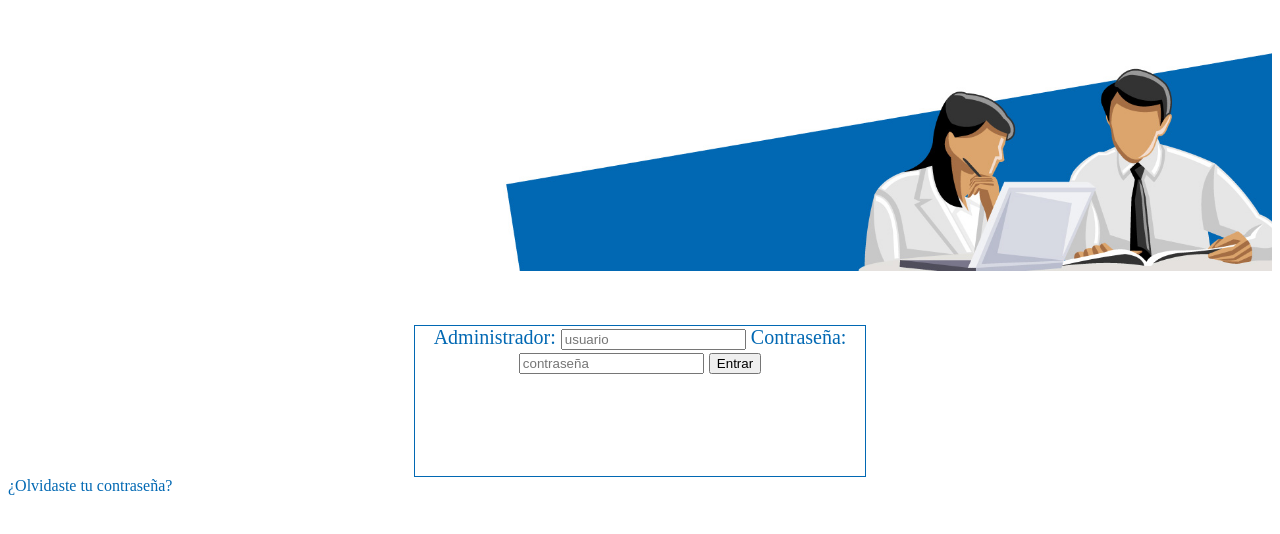
Repository: jluislechado/gestionUsuario
Page: http://localhost/php/admin.php
The author's editor kept a record of every edit. The page is drawn from the files as they stood at one moment, then again after the next edit.
The browser window is 1280 px wide. The pictures show the whole page.
The page is run by PHP 8.4 with error messages shown; the project is at /var/www/html/.

Above is the page before.

After the next edit:
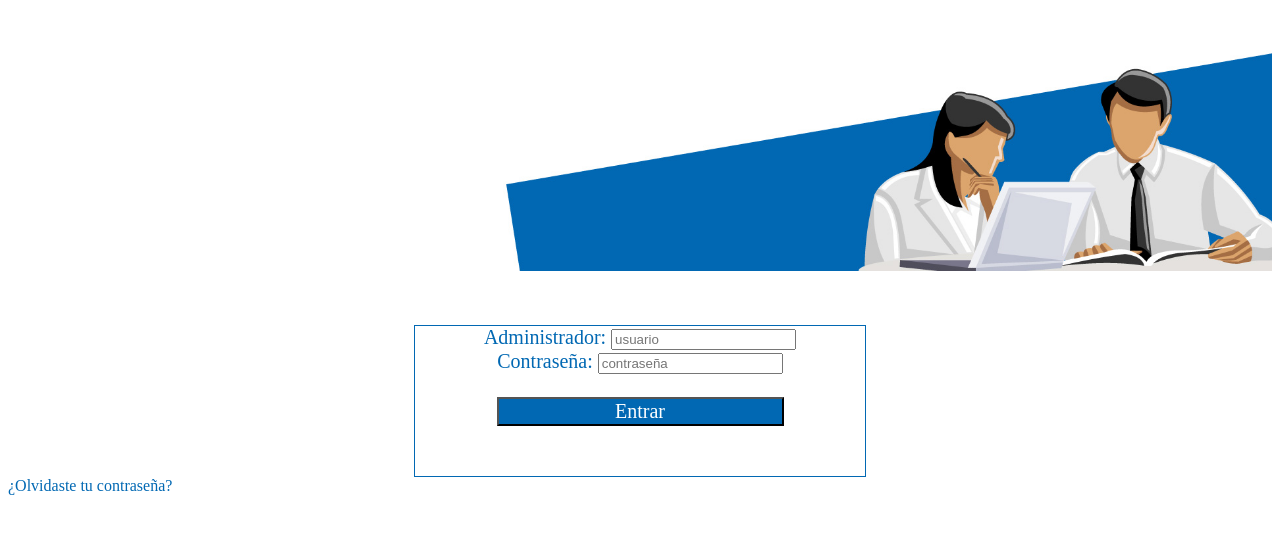
The edit:
--- a/workspace/php/admin.php
+++ b/workspace/php/admin.php
@@ -12,9 +12,9 @@
         <div class="blanco"></div>
         <div id="formularioIndex">
             <form action="phpadmin.php" method="post">
-                <span>Administrador: </span><input type="text" name="alias" placeholder="usuario"/>
-                <span>Contraseña: </span><input type="password" name="contrasena" placeholder="contraseña"/>
-                <input type="submit" value="Entrar"/>
+                <span>Administrador: </span><input type="text" name="alias" placeholder="usuario"/></br>
+                <span>Contraseña: </span><input type="password" name="contrasena" placeholder="contraseña"/></br></br>
+                <input type="submit" value="Entrar" id="botonIndex"/>
             </form>
         </div>
         <a href="olvidar.php">¿Olvidaste tu contraseña?</a>
